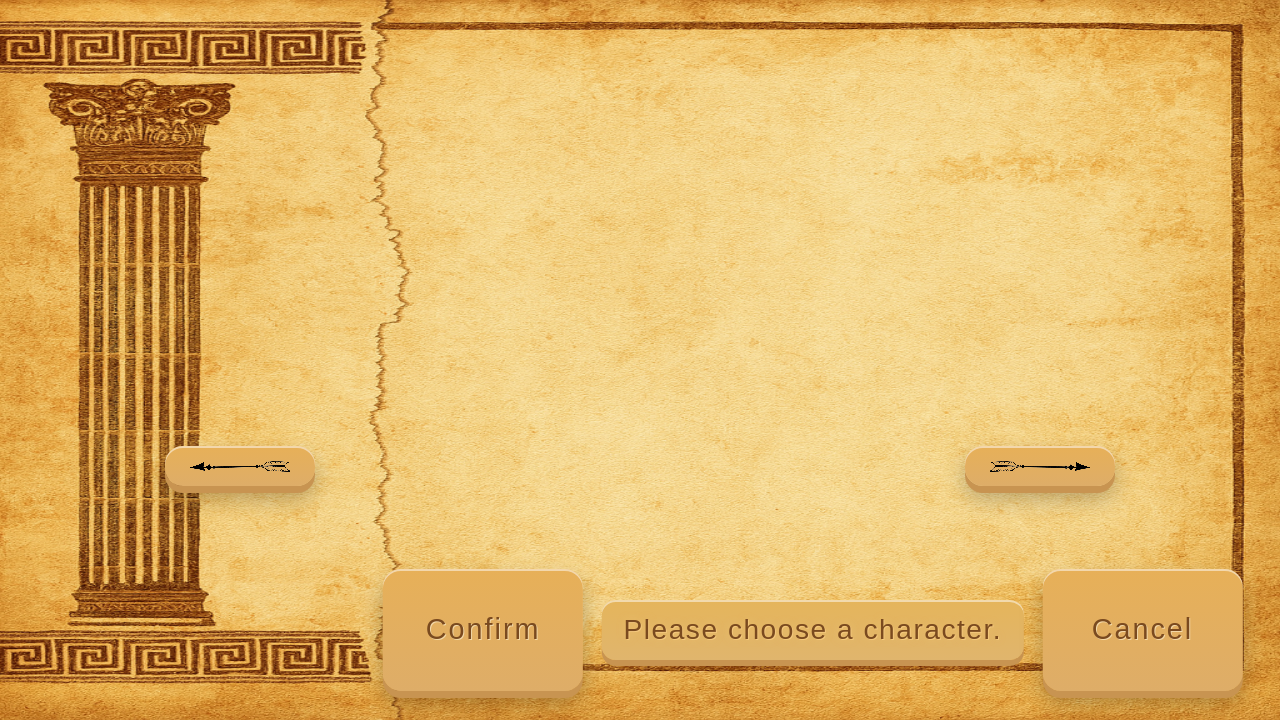
Repository: brianabariteau/Web-1-Final-Project-2025
Page: features/character-selection/character-selection.html
These files come from the project's save history. The page is drawn as it stood at one moment and after the next save; the edit follows.
The browser window is 1280 px wide. The pictures show the whole page.
The page's requests for data from a server got no answer. Some web fonts or font styles are not loaded; a fallback is used.

Above is the page before, as saved 2025-12-21 23:58:09.

### features/character-selection/character-selection.html
<!DOCTYPE html>
<html lang="en">
  <head>
    <meta charset="UTF-8" />
    <meta name="viewport" content="width=device-width, initial-scale=1.0" />
    <title>Player Selection</title>
    <link
      rel="icon"
      type="image/x-icon"
      href="../../assets/characters/zeus.png"
    />
    <link rel="stylesheet" href="./character-selection.css" />
    <script type="module" src="./character-selection.js" defer></script>
    <script
      src="https://code.jquery.com/jquery-3.7.1.min.js"
      integrity="sha256-/JqT3SQfawRcv/BIHPThkBvs0OEvtFFmqPF/lYI/Cxo="
      crossorigin="anonymous"
    ></script>
    <link
      href="https://fonts.googleapis.com/css2?family=Jersey+25&display=swap"
      rel="stylesheet"
    />
  </head>
  <body></body>
</html>

### features/character-selection/character-selection.css
/* -- General Page Layout -- */

body {
  margin: 0;
  padding: 0;
  width: 100vw;
  height: 100vh;
  overflow: hidden;

  display: flex;
  justify-content: center;
  align-items: center;

  position: relative;
  font-family: "Press Start 2P", monospace;
}

/* Full-screen background */
.background {
  position: absolute;
  inset: 0;
  width: 100%;
  height: 100%;
  z-index: -1;
}

/* -- Character Selector Grid [avatar1/2/3] -- */

.character-row {
  /*display: flex;
  justify-content: center;
  align-items: center;
  gap: 1rem;

  position: absolute;
  top: 10%;
  width: 100%;*/
  display: flex;
  justify-content: center;
  align-items: center;
  gap: 1rem;
  width: 100%;
  position: relative; /* not absolute */
}

/* All avatar boxes */
.avatar1,
.avatar2,
.avatar3 {
  /*width: 340px;
  height: 450px;*/
  width: min(28vw, 370px); /* 28% of viewport width, max 340px */
  height: min(28vw, 440px);

  background: transparent;
  border: none;
  padding: 0;

  position: relative;
  cursor: pointer;
  transition: transform 120ms ease;
}

.avatar1:hover,
.avatar2:hover,
.avatar3:hover {
  transform: scale(1.05);
}

/* The decorative box asset */
.background-boxes {
  position: absolute;
  inset: 0;
  width: 100%;
  height: 100%;
  object-fit: fill;
  z-index: 0;
  pointer-events: none;
}

/* If later you put the character image inside an avatar */
.player-avatar {
  position: relative;
  z-index: 1;
  width: 140px;
  height: auto;
  image-rendering: pixelated;
}

/* Info inside the avatar (optional) */
.player-info {
  position: relative;
  z-index: 2;
  color: brown;
  text-shadow: 2px 2px #000;
  font-size: 14px;
  text-align: left;
  margin-left: 10px;
}

/* ───────────── SCROLL ARROWS ABOVE TEXT BOX ───────────── */

.scroll-arrows {
  width: min(200vw, 950px); /* narrower than full screen */
  margin: 0 auto;
  display: flex;
  justify-content: space-between; /* left arrow on left, right arrow on right */
  align-items: center;

  padding: 0 5vw; /* adjusts how far arrows sit from edges */
  position: relative;
  z-index: 15;
  gap: 8rem;
}

/* =========================
   ARROW BUTTON BASE
========================= */
.left-arrow,
.right-arrow {
  width: 150px;
  height: 40px;

  background: linear-gradient(to bottom, #e7b058, #dead68);
  border-radius: 18px;
  border: none;

  display: flex;
  align-items: center;
  justify-content: center;

  cursor: pointer;

  box-shadow: inset 0 2px 0 rgba(255, 255, 255, 0.5), 0 7px 0 #c89451,
    0 12px 22px rgba(0, 0, 0, 0.25);

  transition: transform 0.15s ease, box-shadow 0.15s ease, filter 0.15s ease;
}

.left-arrow:hover,
.right-arrow:hover {
  filter: brightness(1.05);

  box-shadow: inset 0 2px 0 rgba(255, 255, 255, 0.6), 0 7px 0 #c89451,
    0 0 18px rgba(255, 210, 130, 0.7), 0 0 36px rgba(255, 200, 100, 0.4);
}

.left-arrow:active,
.right-arrow:active {
  transform: translateY(5px);

  box-shadow: inset 0 2px 0 rgba(255, 255, 255, 0.4), 0 3px 0 #c89451;
}

.arrowImg {
  width: 100px;
  height: auto;
  image-rendering: pixelated;
  pointer-events: none;
}

.switch-characters {
  display: flex;
  flex-direction: column;
  align-items: center;
  gap: 1rem; /* space between avatars and arrows */

  width: min(90vw, 1200px);
  position: absolute;
  top: 10%;
  width: 100%;
}

/* Every stat becomes a tooltip target */
.stat {
  position: relative;
  cursor: help;
}

/* Tooltip bubble */
.stat:hover::after {
  content: attr(data-info);
  position: absolute;
  left: 50%;
  bottom: 120%;
  transform: translateX(-50%);

  width: max-content;
  max-width: 220px;

  background: rgba(0, 0, 0, 0.9);
  color: white;
  padding: 8px 10px;
  border-radius: 6px;
  font-size: 10px;
  line-height: 1.2;
  text-shadow: none;

  pointer-events: none;
  z-index: 999;
}

/* Tooltip arrow */
.stat:hover::before {
  content: "";
  position: absolute;
  left: 50%;
  bottom: 110%;
  transform: translateX(-50%);

  border-width: 6px;
  border-style: solid;
  border-color: rgba(0, 0, 0, 0.9) transparent transparent transparent;

  z-index: 998;
}

/* ───────────── TEXT BOX (your .box image) ───────────── */

.bottom-panel {
  position: absolute;
  /*bottom: -3%;  how far from bottom of screen */
  bottom: 4%;
  left: 60%;
  /*transform: translateX(-30%);  center horizontally */
  transform: translateX(-45%);

  width: min(70vw, 900px);
  /*width: 40%;  adjust width as needed */
  /*max-width: 900px; */

  display: grid;
  grid-template-columns: 1fr auto 1fr; /* left | center | right */
  align-items: center;
  justify-items: center;
  margin: 0;

  z-index: 10;
}

.box {
  font-size: clamp(1.4rem, 2.2vw, 2rem);
  color: #7a4a1f;
  letter-spacing: 1.5px;

  text-shadow: 1px 1px 0 #f4c87d, 0 0 8px rgba(255, 210, 130, 0.35);

  background: linear-gradient(to bottom, #e5b55b, #e0b56d);
  padding: 14px 22px;
  border-radius: 14px;

  box-shadow: inset 0 2px 0 rgba(255, 255, 255, 0.5), 0 6px 0 #c89451;

  pointer-events: none;
}

/* ───────────── CONFIRM + CANCEL BUTTONS ───────────── */

.button-left,
.button-right {
  display: flex;
  justify-content: center;
  align-items: center;
}

.buttons {
  display: flex;
  gap: 0rem; /* spacing between confirm/cancel */
  position: relative; /* NOT absolute */
  z-index: 10;
}

.confirm,
.cancel {
  min-width: 200px;
  padding: 16px 30px;

  background: linear-gradient(to bottom, #e7b058, #dead68);
  border: none;
  border-radius: 18px;

  cursor: pointer;

  box-shadow: inset 0 2px 0 rgba(255, 255, 255, 0.5), 0 7px 0 #c89451,
    0 12px 22px rgba(0, 0, 0, 0.25);

  transition: transform 0.15s ease, box-shadow 0.15s ease, filter 0.15s ease;
}

.confirm p,
.cancel p {
  font-size: 1.8rem;
  letter-spacing: 2px;
  color: #7a4a1f;

  text-shadow: 1px 1px 0 #f3d8a8;
}

.confirm:hover,
.cancel:hover {
  filter: brightness(1.05);

  box-shadow: inset 0 2px 0 rgba(255, 255, 255, 0.6), 0 7px 0 #c89451,
    0 0 18px rgba(255, 210, 130, 0.7), 0 0 36px rgba(255, 200, 100, 0.4);
}

.confirm:active,
.cancel:active {
  transform: translateY(5px);

  box-shadow: inset 0 2px 0 rgba(255, 255, 255, 0.4), 0 3px 0 #c89451;
}

/* Position them near bottom-right like your drawing */
.cancel {
  right: 10%;
}

/* ───────────── CHARACTERS ───────────── */
.character {
  position: relative;
  z-index: 10; /* ensures text appears above the background box */
  color: rgb(133, 74, 18);
  justify-items: center;
  text-align: center;
  display: flex;
  object-fit: contain;
  /*padding: 12px 20px;*/
  padding-top: 50px;
  width: 100%;
  height: 100%;
  font-family: "Press Start 2P", monospace; /* matches your game font */
  text-shadow: 2px 2px 0px #ffffff; /* retro look */
}

.inner-character {
  width: 100%; /* smaller than full box so borders show */
  height: 70%; /* keep some space top/bottom */
  padding: 0.4rem; /* small internal padding */
  box-sizing: border-box;

  display: flex;
  flex-direction: column;
  align-items: center;
  justify-content: flex-start;
  gap: 0.1rem; /* tiny gaps between lines */

  overflow-y: auto; /* <-- important: scroll if too tall */
  scrollbar-width: none;
  -ms-overflow-style: none;
}
.character-inner::-webkit-scrollbar {
  display: none;
}

.character-inner h3 {
  margin: 0 0 4px 0;
  font-size: clamp(12px, 1.3vw, 16px);
}

.character-inner p {
  margin: 1px 0;
  font-size: clamp(10px, 1.1vw, 13px);
  line-height: 1.1;
}

/* Smaller sprite so it doesn't eat all vertical space */
.character-inner .character-img {
  width: 90px;
  height: auto;
  margin-bottom: 6px;
}

.character h3 {
  margin: 0 0 10px 0;
  /*font-size: 18px;*/
  font-size: clamp(14px, 1.6vw, 18px);
  letter-spacing: 1px;
}

.character p,
.powers-list {
  font-size: clamp(12px, 1.3vw, 14px);
}

.character p {
  margin: 3px 0;
  /*font-size: 14px;*/
  line-height: 1.2;
}

.powers-list {
  margin: 4px 0 0 16px;
  padding: 0;
  list-style-type: none;
  /*font-size: 14px;*/
}

.character-img {
  display: block;
  margin: 0 auto 10px auto; /* center horizontally + space underneath */
  width: 120px; /* adjust size */
  height: auto;
  image-rendering: pixelated;
  z-index: 5;
  pointer-events: none;
  background: transparent;
}

@media (max-width: 900px) {
  .character-row {
    flex-direction: column;
    top: 4%;
    gap: 0.5rem;
  }

  .avatar1,
  .avatar2,
  .avatar3 {
    width: 80vw;
  }
}

@media (max-width: 900px) {
  .bottom-panel {
    bottom: 2%;
    width: 90vw;
    grid-template-columns: auto;
    row-gap: 0.5rem;
  }

  .buttonImg {
    width: 120px;
  }
}

@media (max-width: 600px) {
  .arrowImg {
    width: 80px;
  }

  .scroll-arrows {
    gap: 1.5rem;
    bottom: 30%;
  }
}

@media (max-width: 600px) {
  .confirm,
  .cancel {
    min-width: 160px;
    padding: 14px 22px;
  }

  .confirm p,
  .cancel p {
    font-size: 1.4rem;
  }

  .box {
    font-size: 1.3rem;
  }
}

@media (max-width: 600px) {
  .left-arrow,
  .right-arrow {
    width: 70px;
    height: 70px;
  }

  .arrowImg {
    width: 32px;
  }
}

/* UI elements use same font as Start / Mode pages */
.confirm,
.cancel,
.box {
  font-family: "Jersey 25", sans-serif;
}

### features/character-selection/character-selection.js
"use strict";

import { fetchCharacters } from "../../services/character-api.js";
import { sortCharacters } from "../../utils/character-sorters.js";
let singlePlayer = localStorage.getItem("single player");
let multiPlayer = localStorage.getItem("multiplayer");

let characters = [];
let currentIndex = 0;

// * Player selection stuff
let selectedPlayer = null;

// * The Background Image
const background = $("<img>")
  .addClass("background")
  .attr("src", "./assets/parchment-background.png")
  .attr("alt", "Background");

// * Characters
function renderCharacters(character) {
  let powersList = "";

  if (Array.isArray(character.powers) && character.powers.length > 0) {
    for (const power of character.powers) {
      powersList += `<li>${power}</li>`;
    }
  } else {
    powersList = `<li>No Powers</li>`;
  }

  return `
    <div class="character">
      <div class="inner-character">
        <img class="character-img" src="${character.imgSrc}" alt="${character.name}"/>
        <h3 class="stat" data-info="${character.tier} - ${character.tierName}">${character.name}</h3>
        <p>HP: ${character.stats.hp}</p>
        <p>Attack: ${character.stats.attack}</p>
        <p>Defense: ${character.stats.defense}</p>
        <p>Speed: ${character.stats.speed}</p>
        <p>Power: ${character.stats.power}</p>
        <p>Resilience: ${character.stats.resilience}</p>
        <p>Stamina: ${character.stats.stamina}</p>
        <p class="stat" data-info="${character.stats.masteryDesc}">Domain Mastery: ${character.stats.domainMastery}</p>
        <p class="stat" data-info="${character.stats.traitDesc}">Special Trait: ${character.stats.specialTrait}</p>
      </div>
    </div>
  `;
}

// * All Characters
const characterRow = $("<div>").addClass("character-row");

// * Arrows + Avatars Div
const switchCharacters = $("<div>").addClass("switch-characters");

// * Avatar 1
const avatar1 = $("<button>").addClass("avatar1");
const avatar1BackgroundBox = $("<img>")
  .addClass("background-boxes")
  .attr("src", "./assets/parchment-box.png")
  .attr("alt", "Background Boxes");

$(avatar1).on("click", () => {
  const first = characters[currentIndex];
  selectCharacter(avatar1, first);
});

// * Avatar 2
const avatar2 = $("<button>").addClass("avatar2");
const avatar2BackgroundBox = $("<img>")
  .addClass("background-boxes")
  .attr("src", "./assets/parchment-box.png")
  .attr("alt", "Background Boxes");

$(avatar2).on("click", () => {
  const second = characters[(currentIndex + 1) % characters.length];
  selectCharacter(avatar2, second);
});

// * Avatar 3
const avatar3 = $("<button>").addClass("avatar3");
const avatar3BackgroundBox = $("<img>")
  .addClass("background-boxes")
  .attr("src", "./assets/parchment-box.png")
  .attr("alt", "Background Boxes");

$(avatar3).on("click", () => {
  const third = characters[(currentIndex + 2) % characters.length];
  selectCharacter(avatar3, third);
});

$(characterRow).append(avatar1, avatar2, avatar3);

function updateAvatarsDisplay() {
  if (!Array.isArray(characters) || characters.length === 0) return;

  const second = characters[(currentIndex + 1) % characters.length];
  const first = characters[currentIndex];
  const third = characters[(currentIndex + 2) % characters.length];

  $(avatar1).html(renderCharacters(first));
  $(avatar2).html(renderCharacters(second));
  $(avatar3).html(renderCharacters(third));

  $(avatar1).append(avatar1BackgroundBox.clone());
  $(avatar2).append(avatar2BackgroundBox.clone());
  $(avatar3).append(avatar3BackgroundBox.clone());
}

async function loadCharacters() {
  characters = await fetchCharacters();
  characters = sortCharacters(characters);
  currentIndex = 0;
  updateAvatarsDisplay();
}

function selectCharacter(avatarElement, character) {
  $(".avatar1, .avatar2, .avatar3").removeClass("selected");
  $(avatarElement).addClass("selected");
  selectedPlayer = character;
}

// * Text Box + Buttons
const bottomPanel = $("<div>").addClass("bottom-panel");

/*
// * Text Box Image
const textBox = $("<img>")
  .addClass("box")
  .attr("src", "./assets/choose-character-text.png")
  .attr("alt", "Text Box"); */
const textBox = $("<p>").addClass("box").text("Please choose a character.");

// * Buttons
const leftButton = $("<div>").addClass("left-button");
const rightButton = $("<div>").addClass("right-button");

// * Confirm Button
const confirmButton = $("<button>").addClass("confirm");
const confirmText = $("<p>").text("Confirm");
/*const confirmImg = $("<img>")
  .addClass("buttonImg")
  .attr("src", "./assets/parchment-confirm-button.png")
  .attr("alt", "Confirm Button Image");  */

$(confirmButton).append(confirmText);
$(confirmButton).on("click", () => {
  if (!selectedPlayer) {
    alert("Please select a character first!");
    return;
  }

  localStorage.setItem("selectedCharacter", JSON.stringify(selectedPlayer));

  window.location.href = "../main-menu/main-menu.html";
});

// * Cancel Button
const cancelButton = $("<button>").addClass("cancel");
const cancelText = $("<p>").text("Cancel");
/*const cancelImg = $("<img>")
  .addClass("buttonImg")
  .attr("src", "./assets/parchment-cancel-button.png")
  .attr("alt", "Cancel Button Image"); */

$(cancelButton).append(cancelText);
$(cancelButton).on("click", () => {
  if (selectedPlayer === null) {
    window.location.href = "../main-menu/index.html";
  }

  selectedPlayer = null;
  $(avatar1).css("box-shadow", "none");
  $(avatar2).css("box-shadow", "none");
  $(avatar3).css("box-shadow", "none");
});

leftButton.append(confirmButton);
$(rightButton).append(cancelButton);
$(bottomPanel).append(confirmButton, textBox, cancelButton);

// * Scroll Arrows
const scrollArrows = $("<div>").addClass("scroll-arrows");

// * Left Arrow
const leftArrow = $("<button>").addClass("left-arrow");
const leftArrowImg = $("<img>")
  .addClass("arrowImg")
  .attr("src", "./assets/left-arrow.png")
  .attr("alt", "Left Arrow");

$(leftArrow).on("click", () => {
  currentIndex = (currentIndex - 1 + characters.length) % characters.length;
  selectedPlayer = null;
  $(avatar1).css("box-shadow", "none");
  $(avatar2).css("box-shadow", "none");
  $(avatar3).css("box-shadow", "none");
  updateAvatarsDisplay();
});
$(leftArrow).append(leftArrowImg);

// * Right Arrow
const rightArrow = $("<button>").addClass("right-arrow");
const rightArrowImg = $("<img>")
  .addClass("arrowImg")
  .attr("src", "./assets/right-arrow.png")
  .attr("alt", "Right Arrow");

$(rightArrow).on("click", () => {
  currentIndex = (currentIndex + 1) % characters.length;
  selectedPlayer = null;
  $(avatar1).css("box-shadow", "none");
  $(avatar2).css("box-shadow", "none");
  $(avatar3).css("box-shadow", "none");
  updateAvatarsDisplay();
});
$(rightArrow).append(rightArrowImg);

$(scrollArrows).append(leftArrow, rightArrow);
$(switchCharacters).append(characterRow, scrollArrows);

$("body").append(background, switchCharacters, bottomPanel);

loadCharacters();

### utils/character-sorters.js
"use strict";
export function sortCharacters(characters) {
  return characters.sort((characterA, characterB) => {
    const scoreA =
      characterA.stats.attack * 2 +
      characterA.stats.power * 2 +
      characterA.stats.defense +
      characterA.stats.hp +
      characterA.stats.speed;

    const scoreB =
      characterB.stats.attack * 2 +
      characterB.stats.power * 2 +
      characterB.stats.defense +
      characterB.stats.hp +
      characterB.stats.speed;

    return scoreB - scoreA;
  });
}

Loaded but not shown: services/character-api.js (396 lines, source omitted)

After the next save:
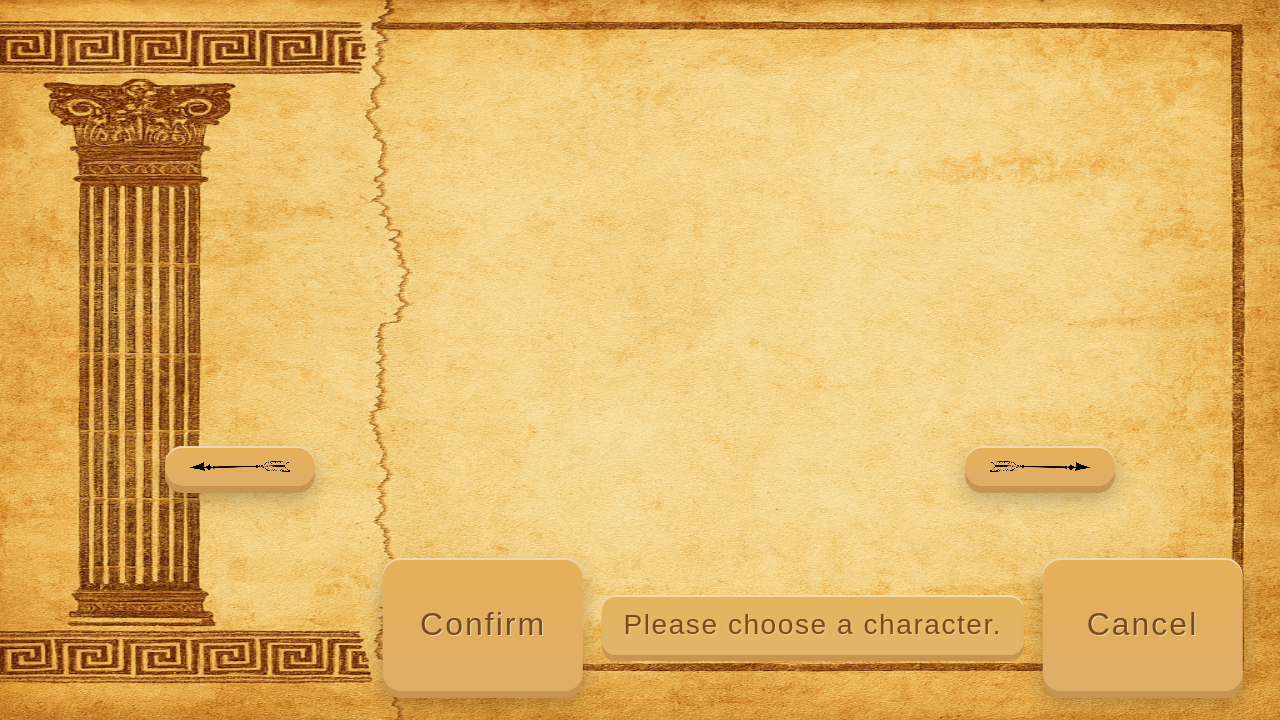
Saved 7 s later.
--- a/features/character-selection/character-selection.css
+++ b/features/character-selection/character-selection.css
@@ -289,7 +289,7 @@ body {
 
 .confirm p,
 .cancel p {
-  font-size: 1.8rem;
+  font-size: 2rem;
   letter-spacing: 2px;
   color: #7a4a1f;
 
